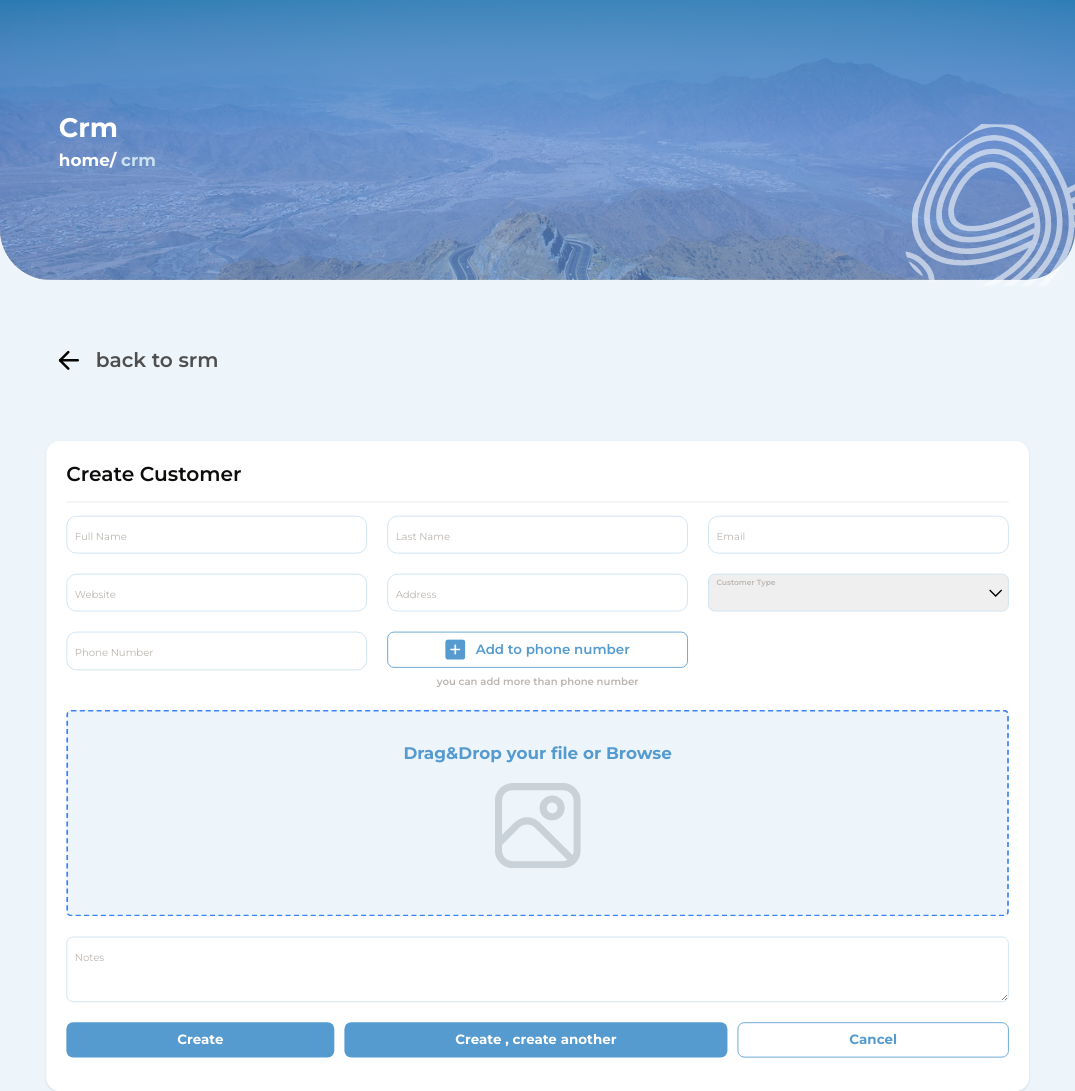
Repository: Abdelrhman-asker-smart/JsdcPIF
Page: create-customer.html
These files come from the project's save history. The page is drawn as it stood at one moment and after the next save; the edit follows.
The browser window is 1280 px wide. The pictures show the whole page, at 84% of full size.
Some web libraries are served in a nearby version.

Above is the page before, as saved 2025-03-09 13:53:18.

After the next save:
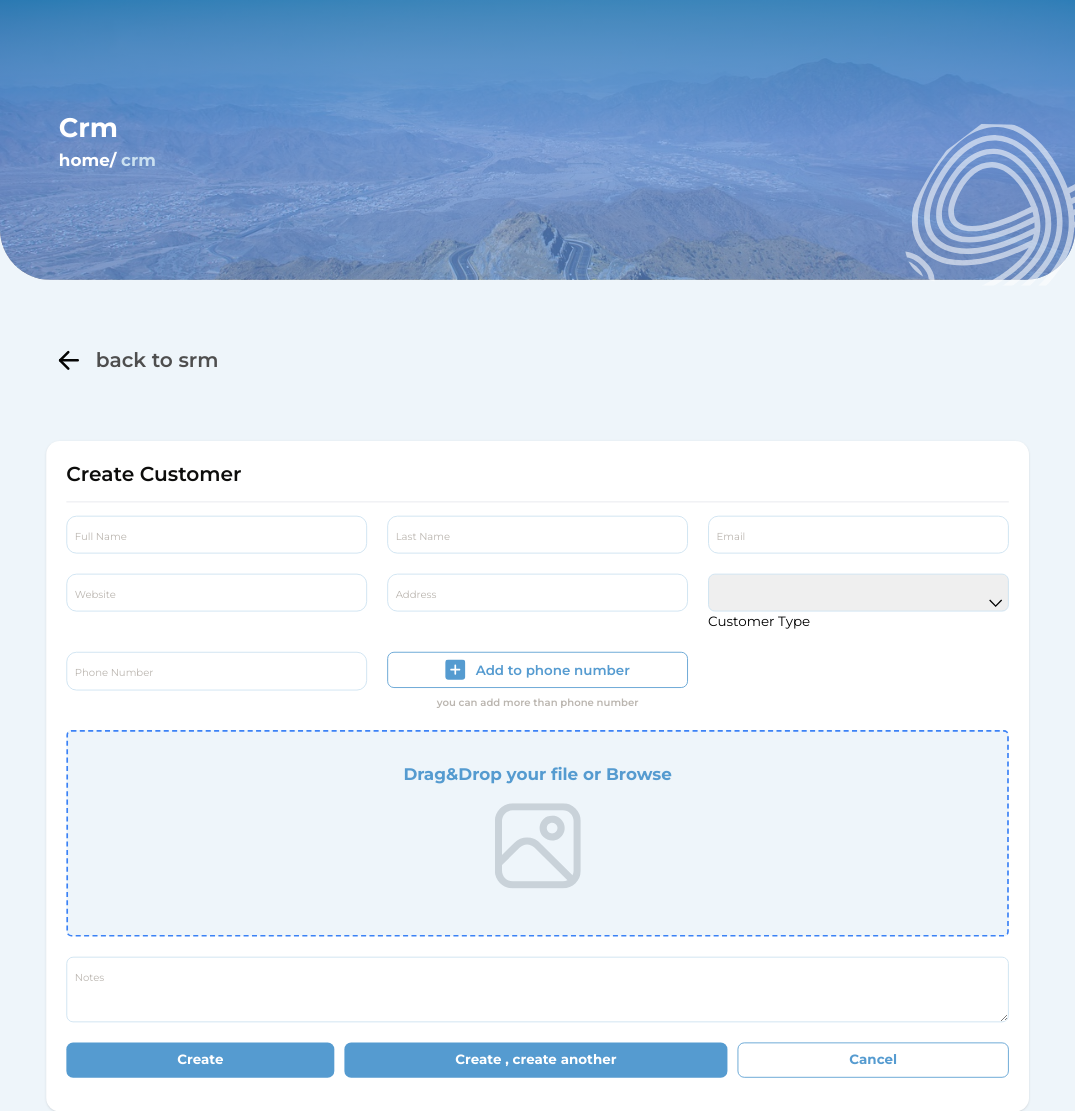
Saved 88 s later.
--- a/create-customer.html
+++ b/create-customer.html
@@ -183,7 +183,7 @@
             This field is required.
           </div>
 
-          <label for="customerType" class="floating-label">Customer Type</label>
+          <label for="customerType" class="floating-label-select">Customer Type</label>
           <div class="absolute inset-y-0 right-0 flex items-center pr-2 pointer-events-none">
             <svg width="16" height="10" viewBox="0 0 16 10" fill="none" xmlns="http://www.w3.org/2000/svg">
               <path
